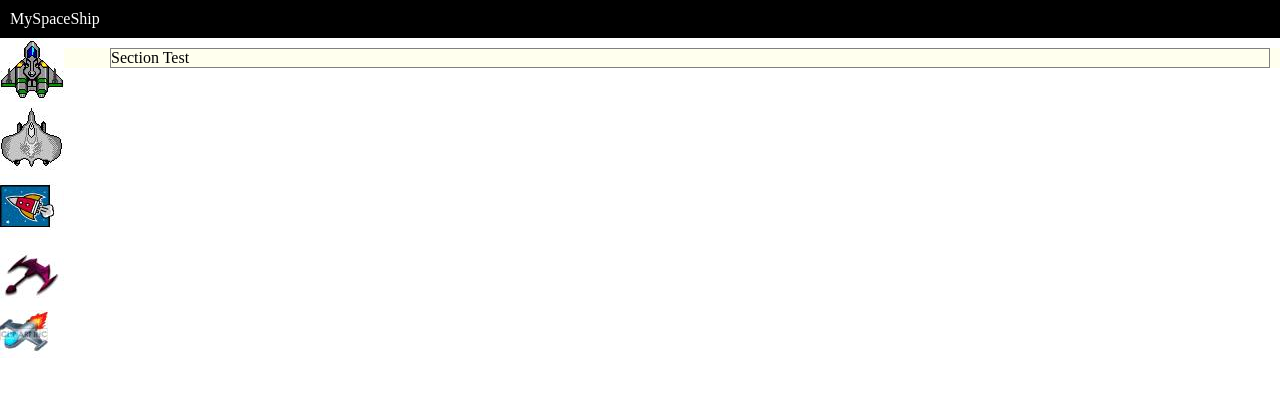
Repository: eudesf/MySpaceShip
Page: MySpaceShip/WebContent/index.html
The author's editor kept a copy of each file at every save. The page is drawn from the files as they stood at one save, then again after the next save.
The browser window is 1280 px wide. The pictures show the whole page.

Above is the page before, as saved 2012-03-15 20:23:20.

After the next save:
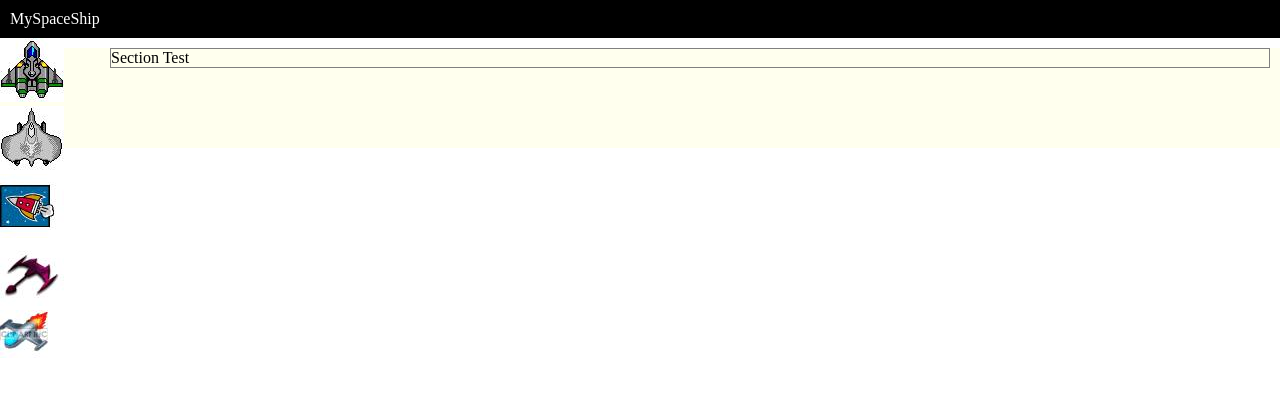
Saved 7 s later.
--- a/MySpaceShip/WebContent/index.html
+++ b/MySpaceShip/WebContent/index.html
@@ -24,7 +24,7 @@
 			section {
 				padding-left: 100px;
 				background: #FFE;
-				height: 100%;
+				height: 100px;
 			}
 
 			article {

After the save that followed:
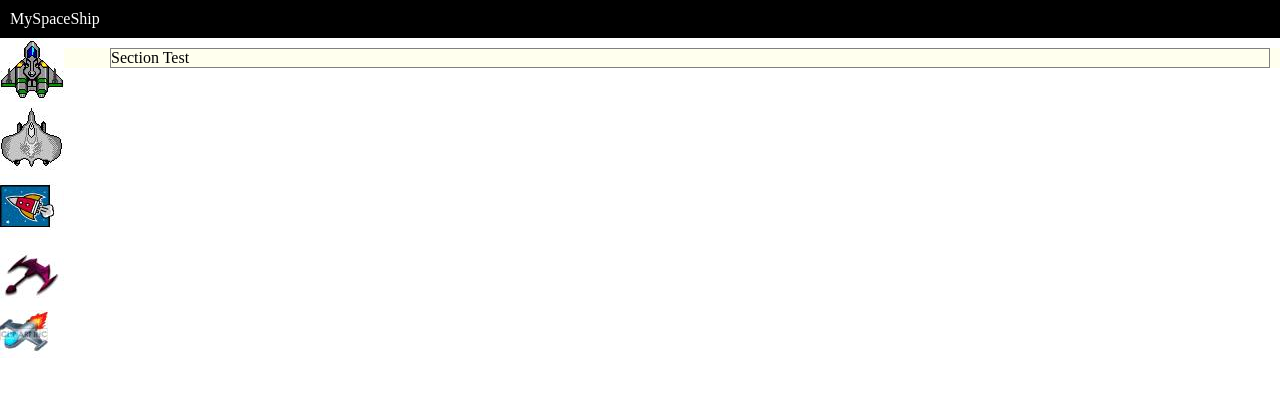
Saved 6 s later.
--- a/MySpaceShip/WebContent/index.html
+++ b/MySpaceShip/WebContent/index.html
@@ -24,7 +24,7 @@
 			section {
 				padding-left: 100px;
 				background: #FFE;
-				height: 100px;
+				bottom: -10px;
 			}
 
 			article {
